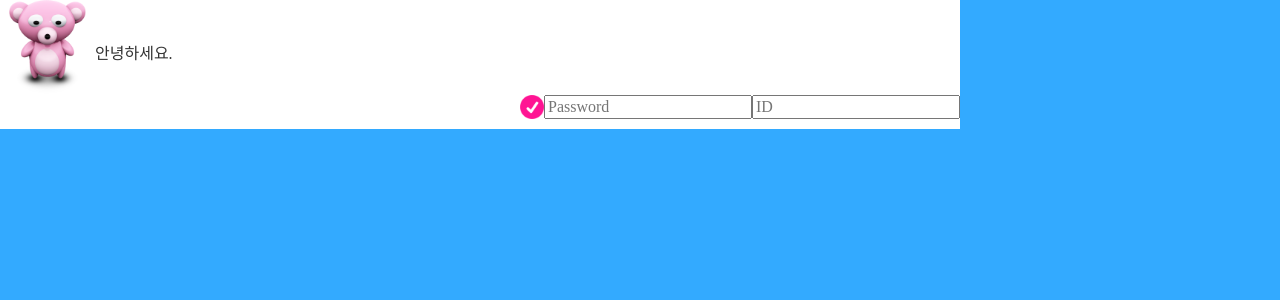
Repository: BaekJiGyeong/JSP_web
Page: http://localhost/Article/
These files come from the project's save history. The page is drawn as it stood at one moment and after the next save; the edit follows.
The browser window is 1280 px wide. The pictures show the whole page.
The page is served by Tomcat 9.

Above is the page before, as saved 2016-03-03 06:49:42.

After the next save:
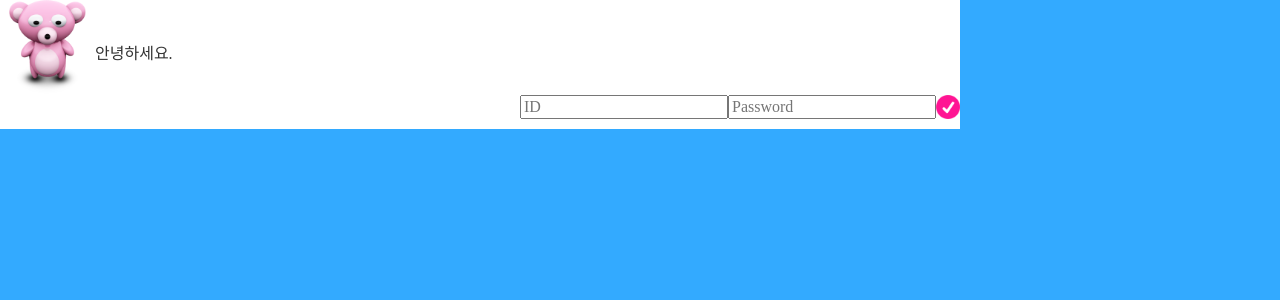
Saved 54 s later.
--- a/Article/WebContent/WEB-INF/view/common/login.jsp
+++ b/Article/WebContent/WEB-INF/view/common/login.jsp
@@ -4,12 +4,13 @@
 		<div id="login">
 
 			<form id="loginForm">
+				<img src="/resource/img/login.png"
+						id="btnLogin" />
+				<input type="password" id="userPs" name="userPw"
+						placeholder="Password" />
 				<input type="text" id="userId" name="userId"
 						placeholder="ID" />
-				<input type="password" id="userPs" name="userPw"
-						placeholder="Password" />
-				<img src="/resource/img/login.png"
-						id="btnLogin" />
+
 			</form>
 
 		</div>
